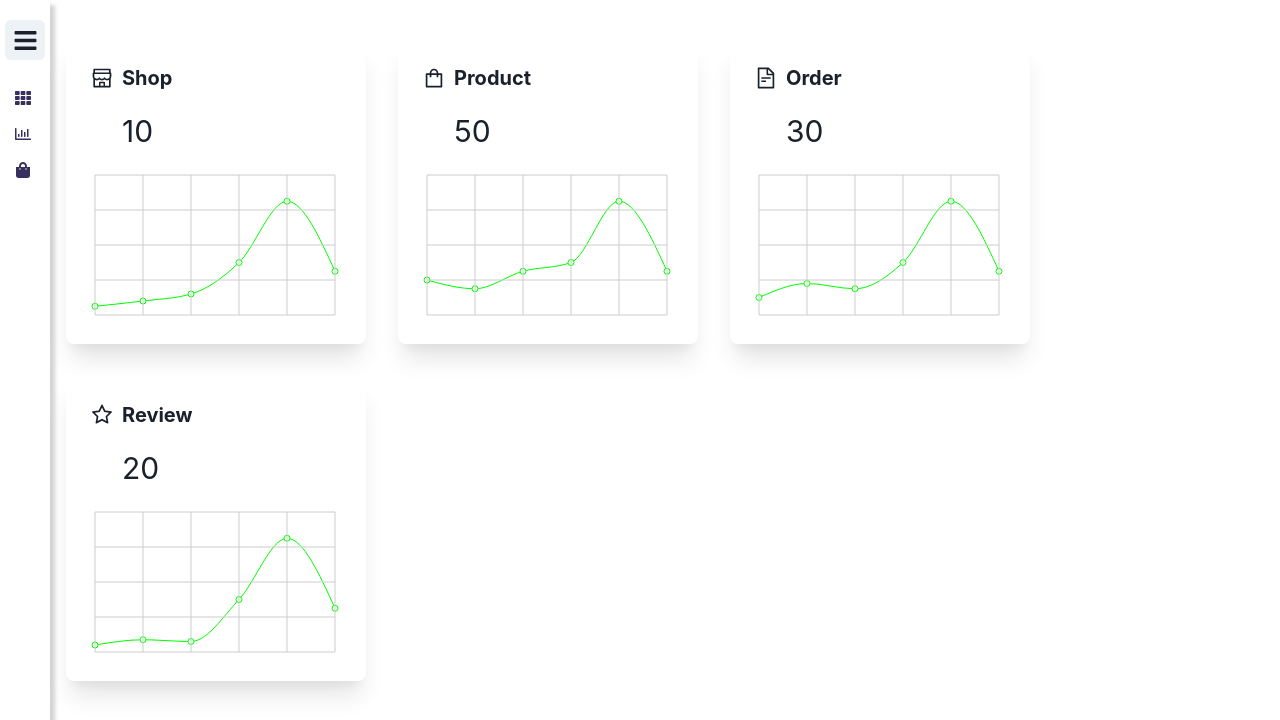
Repository: Andarg01/chakra-dashboard
Page: /analytics
The author's editor kept a copy of each file at every save. The page is drawn from the files as they stood at one save, then again after the next save.
The browser window is 1280 px wide. The pictures show the whole page.
The project was rebuilt for these pictures with package versions that can differ from the ones it lists, and the page was loaded fresh each time. Also part of the build but not shown: src/components/ProductModal.tsx, src/components/ProductTable.tsx, src/pages/ProductList.tsx, src/components/Dashboard.tsx.

Above is the page before, as saved 2024-03-12 04:14:35.

### src/index.tsx
import React from 'react';
import ReactDOM from 'react-dom/client';
import './index.css';
import App from './App';

import { ChakraProvider } from '@chakra-ui/react';


const root = ReactDOM.createRoot(
  document.getElementById('root') as HTMLElement
);
root.render(

  <React.StrictMode>
  <ChakraProvider>
    <App />
    </ChakraProvider>
  </React.StrictMode>

);

### src/components/Sidebar.tsx




import React, { useState } from 'react';
import {
  FaTh,
  FaBars,
  FaShoppingBag,
  FaRegChartBar,
} from 'react-icons/fa';

import { NavLink } from 'react-router-dom';
import { Box, IconButton, Text, Flex } from '@chakra-ui/react';

interface MenuItem {
  path: string;
  name: string;
  icon: JSX.Element;
}

const Sidebar: React.FC<React.PropsWithChildren<{}>> = ({ children }) => {
  const [isOpen, setIsOpen] = useState(false);

  const toggle = () => setIsOpen(!isOpen);

  const menuItems: MenuItem[] = [
    {
      path: '/',
      name: 'Dashboard',
      icon: <FaTh />,
    },
    {
      path: '/analytics',
      name: 'Analytics',
      icon: <FaRegChartBar />,
  },
    {
      path: '/product',
      name: 'Product',
      icon: <FaShoppingBag />,
    },
  ];

  return (
    <Flex>
      <Box
        width={isOpen ? '200px' : '50px'}
        bg="#fff"
        boxShadow="5px 5px 4px rgb(212, 212, 212)"
        color="#000"
        height="100vh"
        transition="all 0.5s"
        overflowX="hidden"
      >
        <Flex
          className="top_section"
          direction="column"
          align="center"
          justify="center"
          p="20px 15px"
        >
          <Text fontSize={isOpen ? '30px' : '0'} className="logo">
            Logo
          </Text>
          <IconButton
            marginLeft={isOpen ? '50px' : '0px'}
            className="bars"
            fontSize="25px"
            aria-label="Toggle Sidebar"
            icon={<FaBars />}
            onClick={toggle}
          />
        </Flex>
        {menuItems.map((item, index) => (
          <NavLink to={item.path} key={index} className="link">
            <Flex
              p="10px 15px"
              color="#37305F"
              _hover={{ bgColor: '#37305F', color: '#fff', margin: '10px', borderRadius: '10px' }}
              _active={{ bgColor: '#37305F', color: '#fff', margin: '10px', borderRadius: '10px' }}
            >
              <Box className="icon" marginRight="3">
                {item.icon}
              </Box>
              <Text
                display={isOpen ? 'block' : 'none'}
                className="link_text text-sm"
                marginLeft="3"
              >
                {item.name}
              </Text>
            </Flex>
          </NavLink>
        ))}
      </Box>
      <Box flex="1">{children}</Box>
    </Flex>
  );
};

export default Sidebar;

### src/pages/Analytics.tsx
// FullAnalyticsPage.tsx
import React from 'react';
import { Box, Text, Flex, useColorModeValue } from '@chakra-ui/react';
import { LineChart, Line, CartesianGrid, Tooltip } from 'recharts';
import { AiOutlineShop, AiOutlineShopping, AiOutlineFileText, AiOutlineStar } from 'react-icons/ai';

interface AnalyticsCardProps {
  title: string;
  value: number;
  data: { name: string; value: number }[];
  icon: React.ReactElement;
}

const AnalyticsCard: React.FC<AnalyticsCardProps> = ({ title, value, data, icon }) => {
  const cardBgColor = useColorModeValue('white', 'gray.800');

  return (
    <Box
      bgColor={cardBgColor}
      p={6}
      borderRadius="lg"
      boxShadow="xl"
      width="300px"
      height="calc(100% / 3)" // Set height to one-third of the original height
      display="flex"
      flexDirection="column"
      margin="4"
    >
      <Flex align="center" mb={4}>
        {icon}
        <Text fontSize="xl" fontWeight="bold" ml={2}>
          {title}
        </Text>
      </Flex>
      <Text fontSize="3xl" fontWeight="normal" mb={4} pl={8}>
        {value}
      </Text>
      <Flex flex="1" direction="column" justify="flex-end">
        <LineChart width={250} height={150} data={data}>
          <Line
            type="monotone"
            dataKey="value"
            stroke="#00ff00" // Set stroke to green
            isAnimationActive={false} // Disable animation to hide the rectangle background
          />
          <CartesianGrid stroke="#ccc" />
          {/* Hide X and Y axes */}
          <Tooltip isAnimationActive={false} /> {/* Hide tooltips */}
        </LineChart>
      </Flex>
    </Box>
  );
};

const FullAnalyticsPage: React.FC = () => {
  const shopData = [
    { name: 'Jan', value: 5 },
    { name: 'Feb', value: 8 },
    { name: 'Mar', value: 12 },
    { name: 'apr', value: 30 },
    { name: 'jun', value: 65 },
    { name: 'jula', value: 25 },
    // Add more data points as needed
  ];

  const productData = [
    { name: 'Jan', value: 20 },
    { name: 'Feb', value: 15 },
    { name: 'Mar', value: 25 },
    { name: 'apr', value: 30 },
    { name: 'jun', value: 65 },
    { name: 'jula', value: 25 },
    // Add more data points as needed
  ];

  const orderData = [
    { name: 'Jan', value: 10 },
    { name: 'Feb', value: 18 },
    { name: 'Mar', value: 15 },
    { name: 'apr', value: 30 },
    { name: 'jun', value: 65 },
    { name: 'jula', value: 25 },

    // Add more data points as needed
  ];

  const reviewData = [
    { name: 'Jan', value: 4 },
    { name: 'Feb', value: 7 },
    { name: 'Mar', value: 6 },
    { name: 'apr', value: 30 },
    { name: 'jun', value: 65 },
    { name: 'jula', value: 25 },
    // Add more data points as needed
  ];

  return (
    <Flex justify="center" align="center" height="100vh">
      <Flex direction="row" align="center" wrap="wrap">
        <AnalyticsCard title="Shop" value={10} data={shopData} icon={<AiOutlineShop size={24} />} />
        <AnalyticsCard title="Product" value={50} data={productData} icon={<AiOutlineShopping size={24} />} />
        <AnalyticsCard title="Order" value={30} data={orderData} icon={<AiOutlineFileText size={24} />} />
        <AnalyticsCard title="Review" value={20} data={reviewData} icon={<AiOutlineStar size={24} />} />
      </Flex>
    </Flex>
  );
};

export default FullAnalyticsPage;




// // FullAnalyticsPage.tsx
// import React from 'react';
// import { Box, Text, Flex, useColorModeValue } from '@chakra-ui/react';
// import { LineChart, Line, CartesianGrid, XAxis, YAxis, Tooltip } from 'recharts';
// import { AiOutlineShop, AiOutlineShopping, AiOutlineFileText, AiOutlineStar } from 'react-icons/ai';

// interface AnalyticsCardProps {
//   title: string;
//   value: number;
//   data: { name: string; value: number }[];
//   icon: React.ReactElement;
// }

// const AnalyticsCard: React.FC<AnalyticsCardProps> = ({ title, value, data, icon }) => {
//   const cardBgColor = useColorModeValue('white', 'gray.800');

//   // Calculate padding
//   const startPadding = 2;
//   const endPadding = 2;

//   // Adjust the domain for XAxis
//   const xDomain = ['dataMin', 'dataMax'];

//   return (
//     <Box
//       bgColor={cardBgColor}
//       p={6}
//       borderRadius="lg"
//       boxShadow="xl"
//       width="300px"
//       height="calc(100% / 3)" // Set height to one-third of the original height
//       display="flex"
//       flexDirection="column"
//       margin="4"
//     >
//       <Flex align="center" mb={4}>
//         {icon}
//         <Text fontSize="xl" fontWeight="bold" ml={2}>
//           {title}
//         </Text>
//       </Flex>
//       <Text fontSize="3xl" fontWeight="normal" mb={4} pl={8}>
//         {value}
//       </Text>
//       <Flex flex="1" direction="column" justify="flex-end">
//         <LineChart width={250} height={150} data={data}>
//           <Line
//             type="monotone"
//             dataKey="value"
//             stroke="#00ff00" // Set stroke to green
//             isAnimationActive={false} // Disable animation to hide the rectangle background
//           />
//           <CartesianGrid stroke="#ccc" />
//           <XAxis domain={xDomain} hide={true} /> {/* Hide X-axis labels */}
//           <YAxis display="none" /> {/* Hide Y-axis labels */}
//           <Tooltip isAnimationActive={false} /> {/* Hide tooltips */}
//         </LineChart>
//       </Flex>
//     </Box>
//   );
// };

// const FullAnalyticsPage: React.FC = () => {
//   const shopData = [
//     { name: 'Jan', value: 5 },
//     { name: 'Feb', value: 8 },
//     { name: 'Mar', value: 12 },
//     { name: 'apr', value: 30 },
//     { name: 'jun', value: 65 },
//     { name: 'jula', value: 25 },
//     // Add more data points as needed
//   ];

//   const productData = [
//     { name: 'Jan', value: 20 },
//     { name: 'Feb', value: 15 },
//     { name: 'Mar', value: 25 },
//     { name: 'apr', value: 30 },
//     { name: 'jun', value: 65 },
//     { name: 'jula', value: 25 },
//     // Add more data points as needed
//   ];

//   const orderData = [
//     { name: 'Jan', value: 10 },
//     { name: 'Feb', value: 18 },
//     { name: 'Mar', value: 15 },
//     { name: 'apr', value: 30 },
//     { name: 'jun', value: 65 },
//     { name: 'jula', value: 25 },

//     // Add more data points as needed
//   ];

//   const reviewData = [
//     { name: 'Jan', value: 4 },
//     { name: 'Feb', value: 7 },
//     { name: 'Mar', value: 6 },
//     { name: 'apr', value: 30 },
//     { name: 'jun', value: 65 },
//     { name: 'jula', value: 25 },
//     // Add more data points as needed
//   ];

//   return (
//     <Flex justify="center" align="center" height="100vh">
//       <Flex direction="row" align="center" wrap="wrap">
//         <AnalyticsCard title="Shop" value={10} data={shopData} icon={<AiOutlineShop size={24} />} />
//         <AnalyticsCard title="Product" value={50} data={productData} icon={<AiOutlineShopping size={24} />} />
//         <AnalyticsCard title="Order" value={30} data={orderData} icon={<AiOutlineFileText size={24} />} />
//         <AnalyticsCard title="Review" value={20} data={reviewData} icon={<AiOutlineStar size={24} />} />
//       </Flex>
//     </Flex>
//   );
// };

// export default FullAnalyticsPage;



// // import React, { useState } from 'react';
// // import {
// //   Box,
// //   Flex,
// //   Stack,
// //   Text,
// //   ThemeProvider,
// //   extendTheme,
// // } from '@chakra-ui/react';
// // import {
// //   LineChart,
// //   Line,
// //   AreaChart,
// //   Area,
// //   BarChart,
// //   Bar,
// //   PieChart,
// //   Pie,
// //   Tooltip,
// //   ResponsiveContainer,
// // } from 'recharts';

// // // Extend Chakra UI theme for custom styles
// // const theme = extendTheme({
// //   shadows: {
// //     xl: '0 0 10px rgba(0, 0, 0, 0.2)',
// //   },
// // });

// // interface DataPoint {
// //   name: string;
// //   value: number;
// // }

// // interface ChartCardProps {
// //   title: string;
// //   chart: React.ReactNode;
// // }

// // const ChartCard: React.FC<ChartCardProps> = ({ title, chart }) => (

// //   <Box
// //   boxShadow="xl"
// //   p={4}
// //   borderRadius="lg"
// //   border="1px solid #ddd"
// //   mb={4}
// //   flexBasis={['100%', 'calc(33.33% - 8px)']}
// //   display="inline-flex"
// // >
// //   <Stack spacing={2} width="100%">
// //     <Text fontSize={['md', 'lg']} fontWeight="bold">
// //       {title}
// //     </Text>
// //     {chart}
// //   </Stack>
// // </Box>


// //   // <Box
// //   //   boxShadow="xl"
// //   //   p={4}
// //   //   borderRadius="lg"
// //   //   border="1px solid #ddd"
// //   //   mb={4}
// //   //   flexBasis={['100%', 'calc(33.33% - 8px)']}
// //   //   display="inline-flex"
// //   // >
// //   //   <Text fontSize={['md', 'lg']} fontWeight="bold">
// //   //     {title}
// //   //   </Text>
// //   //   {chart}
// //   // </Box>
// // );

// // const SalesSplineAreaChart: React.FC = () => {
// //   const salesData: DataPoint[] = [
// //     { name: 'Jan', value: 1000 },
// //     { name: 'Feb', value: 1500 },
// //     { name: 'Mar', value: 1200 },
// //     { name: 'Apr', value: 1800 },
// //     { name: 'May', value: 2000 },
// //     { name: 'Jun', value: 2500 },
// //     {name:  'junl', value:3000},
// //     {name: 'agu' , value:1000},
// //     {name: 'sep', value: 1500},
// //     {name:'oct' , value:1700},
// //     {name: 'nove' , value: 1900},
// //     {name: 'dec', value: 3500},


// //   ];

// //   return (
// //     <ChartCard
// //       title="Sales Spline Area Chart"
// //       chart={
// //         <ResponsiveContainer width="100%" height={300}>
// //           <AreaChart data={salesData}>
// //             <Area type="monotone" dataKey="value" stroke="#8884d8"  fill="rgba(0, 128, 0, 0.5)" />
// //             <Tooltip />
// //           </AreaChart>
// //         </ResponsiveContainer>
// //       }
// //     />
// //   );
// // };

// // const ProductSplineLineChart: React.FC = () => {
// //   const productData: DataPoint[] = [
// //     { name: 'Jan', value: 500 },
// //     { name: 'Feb', value: 800 },
// //     { name: 'Mar', value: 1200 },
// //     { name: 'Apr', value: 1000 },
// //     { name: 'May', value: 1500 },
// //     { name: 'Jun', value: 1800 },
// //     { name: 'Jula', value: 500 },
// //     { name: 'agu', value: 900 },
// //     { name: 'sep', value: 1000 },
// //     { name: 'nov', value: 2000 },
// //     { name: 'oct', value: 3000 },
// //     { name: 'dec', value: 1800 },
// //   ];

// //   return (
// //     <ChartCard
// //       title="Product Spline Line Chart"
// //       chart={
// //         <ResponsiveContainer width="100%" height={300}>
// //           <LineChart data={productData}>
// //             <Line type="monotone" dataKey="value" stroke="#8884d8" />
// //             <Tooltip />
// //           </LineChart>
// //         </ResponsiveContainer>
// //       }
// //     />
// //   );
// // };

// // const CustomerReviewsLineChart: React.FC = () => {
// //   const reviewsData: DataPoint[] = [
// //     { name: 'Jan', value: 4.5 },
// //     { name: 'Feb', value: 4.2 },
// //     { name: 'Mar', value: 4.8 },
// //     { name: 'Apr', value: 4.0 },
// //     { name: 'May', value: 4.7 },
// //     { name: 'Jun', value: 4.9 },
// //     { name: 'Jula', value: 4.5 },
// //     { name: 'agu', value: 4.1 },
// //     { name: 'sep', value: 4.2 },
// //     { name: 'nov', value: 4.0 },
// //     { name: 'oct', value: 4.5 },
// //     { name: 'dec', value: 4.9 },


// //   ];

// //   return (
// //     <ChartCard
// //       title="Customer Reviews Line Chart"
// //       chart={
// //         <ResponsiveContainer width="100%" height={300}>
// //           <LineChart data={reviewsData}>
// //             <Line type="monotone" dataKey="value" stroke="#8884d8" />
// //             <Tooltip />
// //           </LineChart>
// //         </ResponsiveContainer>
// //       }
// //     />
// //   );
// // };

// // const RevenuePieChart: React.FC = () => {
// //   const revenueData: DataPoint[] = [

// //     { name: 'Product A', value: 5000 },
// //     { name: 'Product B', value: 3000 },
// //     { name: 'Product C', value: 2000 },
// //     { name: 'Product D', value: 5000 },
// //     { name: 'Product E', value: 3000 },
// //     { name: 'Product F', value: 2000 },
// //     { name: 'Product G', value: 5000 },
// //     { name: 'Product H', value: 3000 },
// //     { name: 'Product I', value: 2000 },
// //   ];

// //   return (
// //     <ChartCard
// //       title="Revenue Pie Chart"
// //       chart={
// //         <ResponsiveContainer width="100%" height={300}>
// //           <PieChart>
// //             <Pie dataKey="value" data={revenueData}  fill="rgba(0, 128, 0, 0.5)" label />
// //             <Tooltip />
// //           </PieChart>
// //         </ResponsiveContainer>
// //       }
// //     />
// //   );
// // };

// // const OrderBarChart: React.FC = () => {
// //   const initialOrderData: DataPoint[] = [
// //     { name: 'Product A', value: 5000 },
// //     { name: 'Product B', value: 3000 },
// //     { name: 'Product C', value: 2000 },
// //     { name: 'Product D', value: 5000 },
// //     { name: 'Product E', value: 3000 },
// //     { name: 'Product F', value: 2000 },
// //     { name: 'Product G', value: 5000 },
// //     { name: 'Product H', value: 3000 },
// //     { name: 'Product I', value: 2000 },
// //   ];

// //   const [orderData, setOrderData] = useState<DataPoint[]>(initialOrderData);

// //   const sortByValue = () => {
// //     const sortedData = [...orderData].sort((a, b) => a.value - b.value);
// //     setOrderData(sortedData);
// //   };

// //   return (
// //     <ChartCard
// //       title="growth of Order "
// //       chart={
// //         <ResponsiveContainer width="100%" height={300}>
// //           <BarChart data={orderData}>
// //             <Bar dataKey="value"  fill="rgba(0, 128, 0, 0.5)" />
// //             <Tooltip />
// //           </BarChart>
// //         </ResponsiveContainer>
// //       }
// //     />
// //   );
// // };

// // const TopSalesDonutChart: React.FC = () => {
// //   const topSalesData: DataPoint[] = [
// //     { name: 'Product A', value: 1500 },
// //     { name: 'Product B', value: 1200 },
// //     { name: 'Product C', value: 1000 },
// //     { name: 'Product D', value: 1500 },
// //     { name: 'Product E', value: 1200 },
// //     { name: 'Product F', value: 1000 },
// //     { name: 'Product G', value: 1500 },
// //     { name: 'Product H', value: 1200 },
// //     { name: 'Product I', value: 1000 },
// //   ];

// //   return (
// //     <ChartCard
// //       title="Top Sales Donut Chart"
// //       chart={
// //         <ResponsiveContainer width="100%" height={300}>
// //           <PieChart>
// //             <Pie dataKey="value" data={topSalesData} innerRadius={60} outerRadius={80}  fill="rgba(0, 128, 0, 0.5)" label />
// //             <Tooltip />
// //           </PieChart>
// //         </ResponsiveContainer>
// //       }
// //     />
// //   );
// // };

// // const MonthlyIncomeAreaChart: React.FC = () => {
// //   const monthlyIncomeData: DataPoint[] = [
// //     { name: 'Jan', value: 5000 },
// //     { name: 'Feb', value: 6000 },
// //     { name: 'Mar', value: 7000 },
// //     { name: 'Apr', value: 8000 },
// //     { name: 'May', value: 9000 },
// //     { name: 'Jun', value: 10000 },
// //     { name: 'Jula', value: 5000 },
// //     { name: 'agu', value: 6000 },
// //     { name: 'sep', value: 7000 },
// //     { name: 'nov', value: 8000 },
// //     { name: 'oct', value: 9000 },
// //     { name: 'dec', value: 10000 },
// //   ];

// //   return (
// //     <ChartCard
// //       title="Monthly Income Area Chart"
// //       chart={
// //         <ResponsiveContainer width="100%" height={300}>
// //           <AreaChart data={monthlyIncomeData}>
// //             <Area type="monotone" dataKey="value" stroke="#8884d8"  fill="rgba(0, 128, 0, 0.5)" />
// //             <Tooltip />
// //           </AreaChart>
// //         </ResponsiveContainer>
// //       }
// //     />
// //   );
// // };

// // const StockLineChart: React.FC = () => {
// //   const stockData: DataPoint[] = [
// //     { name: 'Jan', value: 50 },
// //     { name: 'Feb', value: 55 },
// //     { name: 'Mar', value: 60 },
// //     { name: 'Apr', value: 52 },
// //     { name: 'May', value: 58 },
// //     { name: 'Jun', value: 62 },
// //     { name: 'Jula', value: 50 },
// //     { name: 'agu', value: 55 },
// //     { name: 'sep', value: 60 },
// //     { name: 'nov', value: 52 },
// //     { name: 'oct', value: 58 },
// //     { name: 'dec', value: 62 },
// //   ];

// //   return (
// //     <ChartCard
// //       title="Stock Line Chart"
// //       chart={
// //         <ResponsiveContainer width="100%" height={300}>
// //           <LineChart data={stockData}>
// //             <Line type="monotone" dataKey="value" stroke="#8884d8" />
// //             <Tooltip />
// //           </LineChart>
// //         </ResponsiveContainer>
// //       }
// //     />
// //   );
// // };

// // const DoubleStockLineChart: React.FC = () => {
// //   const stockData1: DataPoint[] = [
// //     { name: 'Jan', value: 50 },
// //     { name: 'Feb', value: 55 },
// //     { name: 'Mar', value: 60 },
// //     { name: 'Apr', value: 52 },
// //     { name: 'May', value: 58 },
// //     { name: 'Jun', value: 62 },
// //     { name: 'Jula', value: 50 },
// //     { name: 'agu', value: 55 },
// //     { name: 'sep', value: 60 },
// //     { name: 'nov', value: 52 },
// //     { name: 'oct', value: 58 },
// //     { name: 'dec', value: 62 },
// //   ];

// //   const stockData2: DataPoint[] = [
// //     { name: 'Jan', value: 40 },
// //     { name: 'Feb', value: 45 },
// //     { name: 'Mar', value: 50 },
// //     { name: 'Apr', value: 42 },
// //     { name: 'May', value: 48 },
// //     { name: 'Jun', value: 52 },
// //     { name: 'Jula', value: 50 },
// //     { name: 'agu', value: 55 },
// //     { name: 'sep', value: 60 },
// //     { name: 'nov', value: 52 },
// //     { name: 'oct', value: 58 },
// //     { name: 'dec', value: 62 },
// //   ];

// //   return (
// //     <ChartCard
// //       title="Double Stock Line Chart"
// //       chart={
// //         <ResponsiveContainer width="100%" height={300}>
// //           <LineChart>
// //             <Line type="monotone" dataKey="value" data={stockData1} stroke="#8884d8" name="Stock 1" />
// //             <Line type="monotone" dataKey="value" data={stockData2} stroke="#82ca9d" name="Stock 2" />
// //             <Tooltip />
// //           </LineChart>
// //         </ResponsiveContainer>
// //       }
// //     />
// //   );
// // };

// // const AnalyticalPage: React.FC = () => {
// //   return (
// //     <ThemeProvider theme={theme}>
// //       <Flex direction="row" flexWrap="wrap" p={3} justify="center" gap={3}>
// //         <DoubleStockLineChart />
// //         <OrderBarChart />
// //         <ProductSplineLineChart />
// //         <CustomerReviewsLineChart />
// //         <TopSalesDonutChart />
// //       </Flex>
// //       <Flex direction="row" p={3} flexWrap="wrap" justify="left" gap={3}>
// //         <SalesSplineAreaChart />
// //         <RevenuePieChart />
// //         <MonthlyIncomeAreaChart />
// //       </Flex>
// //     </ThemeProvider>
// //   );
// // };

// // export default AnalyticalPage;

Loaded but not shown: public/index.html (common file); src/index.css (common file); src/App.tsx (118 lines, source omitted)

After the next save:
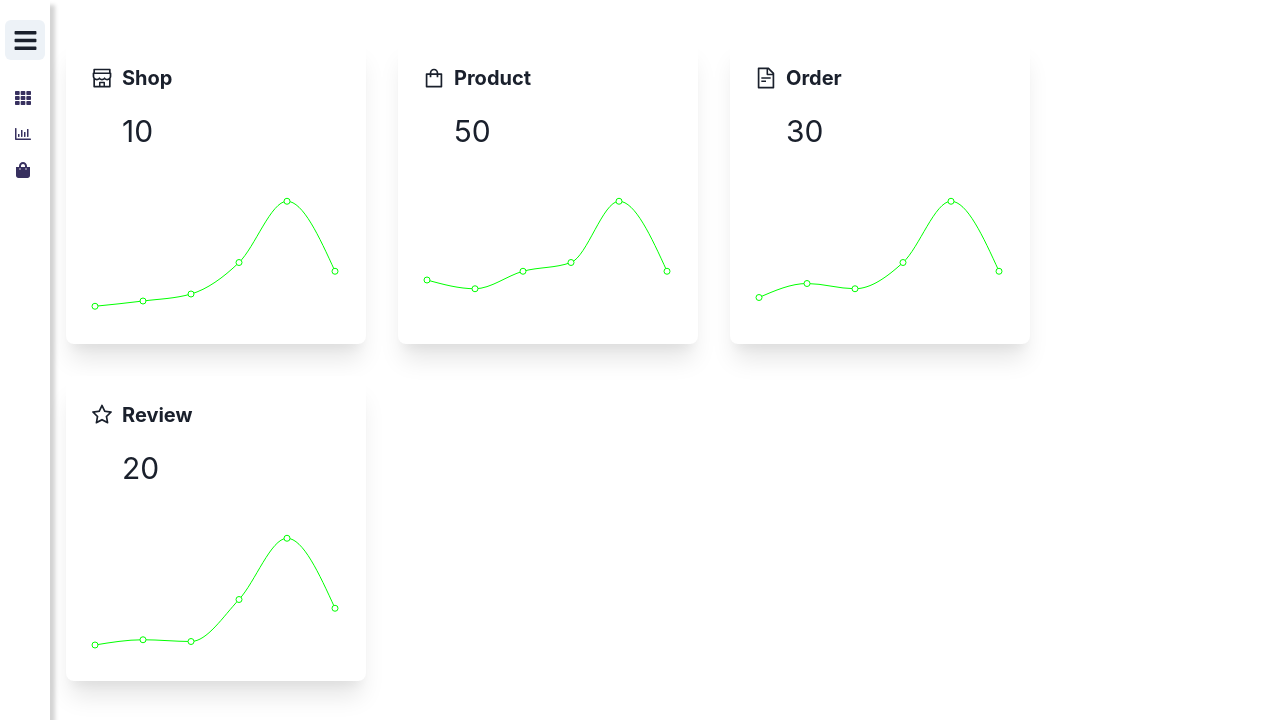
Saved 5 min 31 s later.
--- a/src/pages/Analytics.tsx
+++ b/src/pages/Analytics.tsx
@@ -1,7 +1,7 @@
 // FullAnalyticsPage.tsx
 import React from 'react';
 import { Box, Text, Flex, useColorModeValue } from '@chakra-ui/react';
-import { LineChart, Line, CartesianGrid, Tooltip } from 'recharts';
+import { LineChart, Line, Tooltip } from 'recharts';
 import { AiOutlineShop, AiOutlineShopping, AiOutlineFileText, AiOutlineStar } from 'react-icons/ai';
 
 interface AnalyticsCardProps {
@@ -43,7 +43,7 @@ const AnalyticsCard: React.FC<AnalyticsCardProps> = ({ title, value, data, icon
             stroke="#00ff00" // Set stroke to green
             isAnimationActive={false} // Disable animation to hide the rectangle background
           />
-          <CartesianGrid stroke="#ccc" />
+          {/* <CartesianGrid stroke="#ccc" /> */}
           {/* Hide X and Y axes */}
           <Tooltip isAnimationActive={false} /> {/* Hide tooltips */}
         </LineChart>
